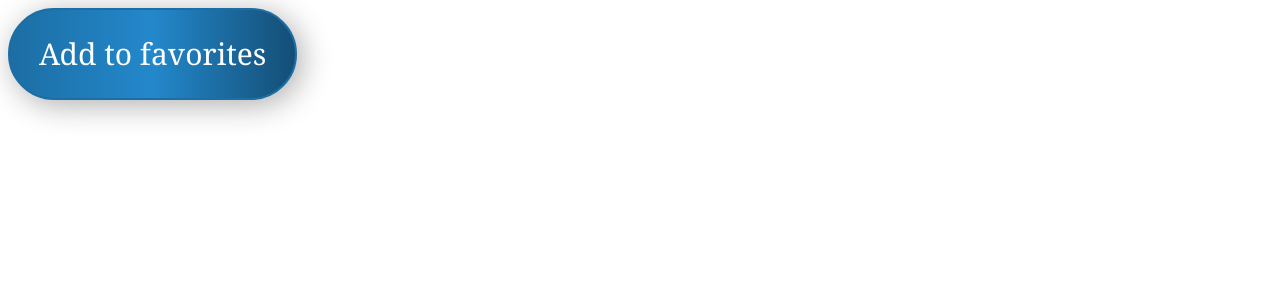
Repository: Jok98/CentriVaccinaliWebApp
Page: http://localhost/CentriVaccinaliOperatori/
The author's editor kept a copy of each file at every save. The page is drawn from the files as they stood at one save, then again after the next save.
The browser window is 1280 px wide. The pictures show the whole page.
The page is served by Tomcat 9.

Above is the page before, as saved 2022-09-24 13:06:48.

After the next save:
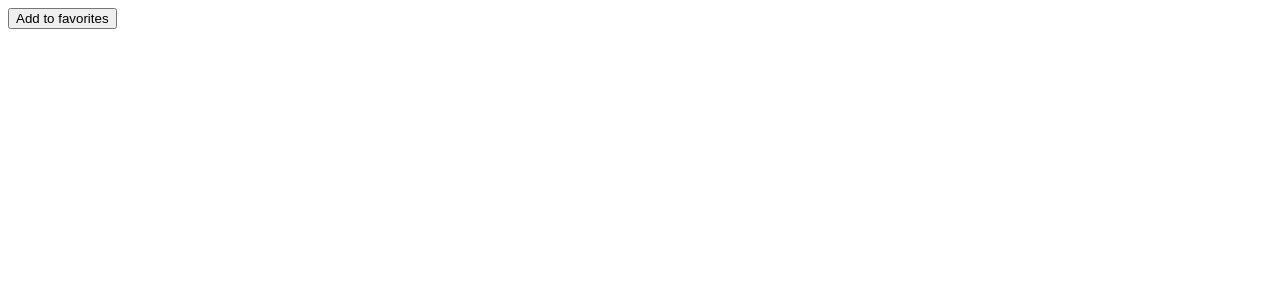
Saved 57 s later.
--- a/CentriVaccinaliOperatori/src/main/webapp/operatori.css
+++ b/CentriVaccinaliOperatori/src/main/webapp/operatori.css
@@ -1,5 +1,5 @@
 @charset "ISO-8859-1";
-input[type="button"], input[type="submit"] {
+.butoon{
 color: rgb(255, 255, 255); font-size: 30px; line-height: 30px; padding: 29px; border-radius: 50px; font-family: Georgia, serif; font-weight: normal; text-decoration: none; font-style: normal; font-variant: normal; text-transform: none; background-image: linear-gradient(to right, rgb(28, 110, 164) 0%, rgb(35, 136, 203) 50%, rgb(20, 78, 117) 100%); box-shadow: rgba(0, 0, 0, 0.32) 5px 5px 31px 0px; border: 2px solid rgb(28, 110, 164); display: inline-block;}
 .myButton:hover {
 background: #1C6EA4; }

After the 5 saves that followed:
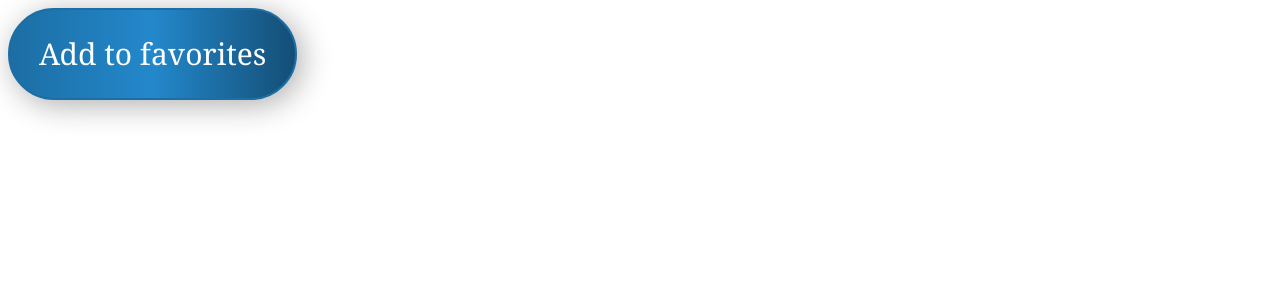
The 5 saves are shown as one change because 4 left the picture as it was.
The last was saved 2 min 18 s later.
--- a/CentriVaccinaliOperatori/src/main/webapp/index.jsp
+++ b/CentriVaccinaliOperatori/src/main/webapp/index.jsp
@@ -8,6 +8,6 @@
 <title>Operatori Centri Vaccinali</title>
 </head>
 <body>
-<input type="button" value="Add to favorites">
+<input class="button" type="button" value="Add to favorites">
 </body>
 </html>
--- a/CentriVaccinaliOperatori/src/main/webapp/operatori.css
+++ b/CentriVaccinaliOperatori/src/main/webapp/operatori.css
@@ -1,7 +1,7 @@
 @charset "ISO-8859-1";
-.butoon{
+.button{
 color: rgb(255, 255, 255); font-size: 30px; line-height: 30px; padding: 29px; border-radius: 50px; font-family: Georgia, serif; font-weight: normal; text-decoration: none; font-style: normal; font-variant: normal; text-transform: none; background-image: linear-gradient(to right, rgb(28, 110, 164) 0%, rgb(35, 136, 203) 50%, rgb(20, 78, 117) 100%); box-shadow: rgba(0, 0, 0, 0.32) 5px 5px 31px 0px; border: 2px solid rgb(28, 110, 164); display: inline-block;}
-.myButton:hover {
+.button:hover {
 background: #1C6EA4; }
-.myButton:active {
+.button:active {
 background: #144E75; }
